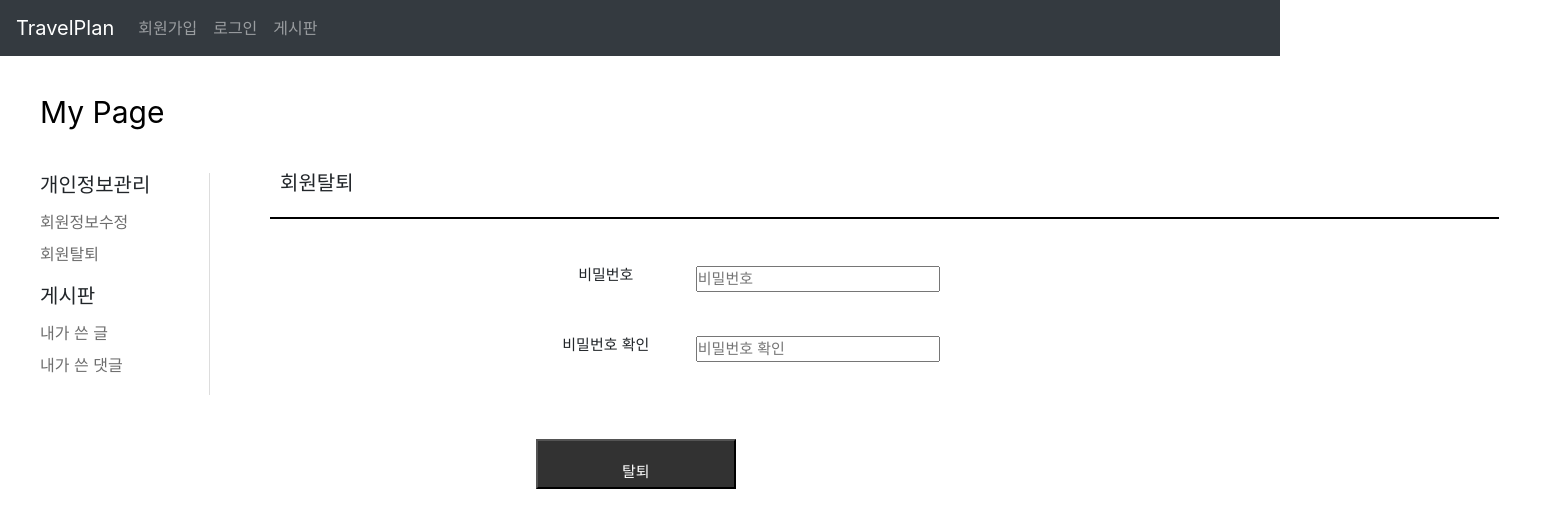
Repository: sna145815/Travel_v1
Page: http://localhost/Travel_v1/WEB-INF/view/deleteuser.jsp
These files come from the project's save history. The page is drawn as it stood at one moment and after the next save; the edit follows.
The browser window is 1280 px wide. The page is 1560 px wide, so the pictures cover 1560 px, including what lies to the right of the window. The pictures show the whole page.
The page is served by Tomcat 9. Nobody is signed in. The template is opened directly, without the code that normally fills it, so the values that code supplies are empty.

Above is the page before, as saved 2022-11-07 08:37:18.

After the next save:
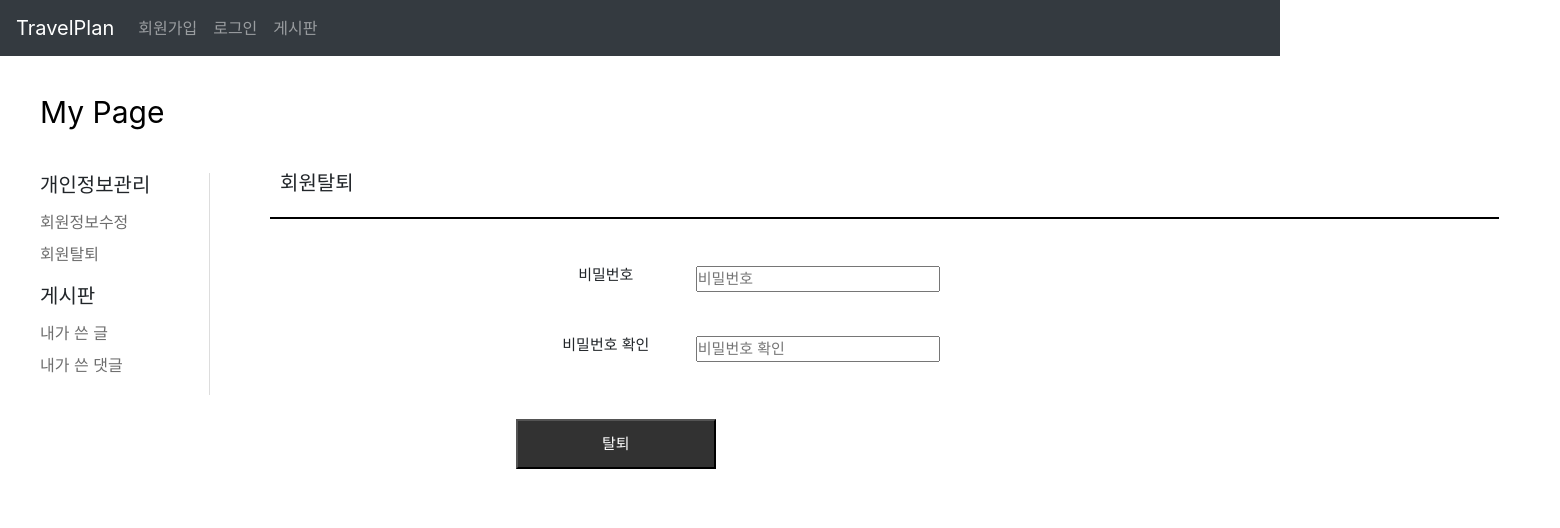
Saved 21 s later.
--- a/Travel_v1/src/main/webapp/WEB-INF/view/deleteuser.jsp
+++ b/Travel_v1/src/main/webapp/WEB-INF/view/deleteuser.jsp
@@ -103,8 +103,7 @@
 		.btn_delete {
 			width: 200px;
 			height: 50px;
-			margin: 20px;
-			padding: 20px;
+
 			font-size: 15px;
 			border-collapse: collapse;
 			vertical-align: middle;

After the save that followed:
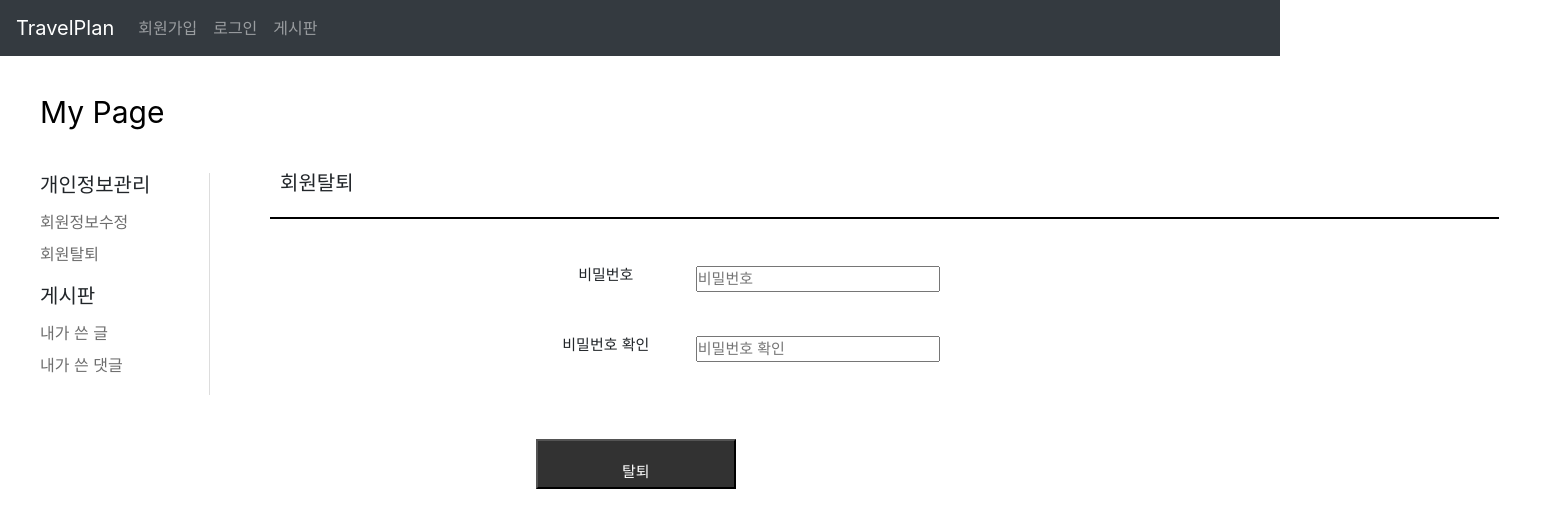
Saved 10 s later.
--- a/Travel_v1/src/main/webapp/WEB-INF/view/deleteuser.jsp
+++ b/Travel_v1/src/main/webapp/WEB-INF/view/deleteuser.jsp
@@ -103,7 +103,8 @@
 		.btn_delete {
 			width: 200px;
 			height: 50px;
-
+			margin: 20px;
+			padding: 20px;
 			font-size: 15px;
 			border-collapse: collapse;
 			vertical-align: middle;
